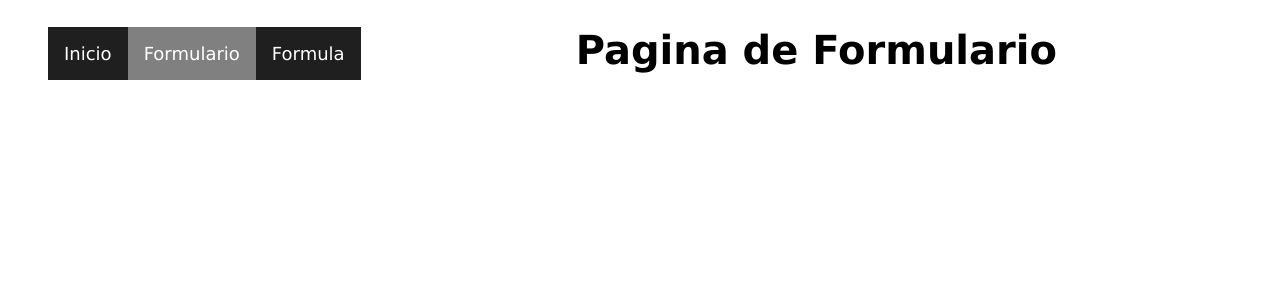
Repository: misterySnow94/tutoriales
Page: pagina basica/formulario.html
These files come from the project's save history. The page is drawn as it stood at one moment and after the next save; the edit follows.
The browser window is 1280 px wide. The pictures show the whole page.

Above is the page before, as saved 2019-11-03 23:46:38.

After the next save:
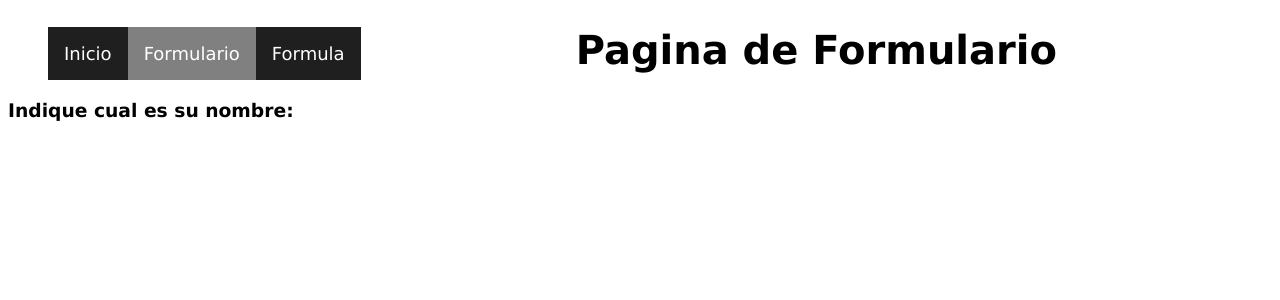
Saved 6 s later.
--- a/pagina basica/formulario.html
+++ b/pagina basica/formulario.html
@@ -21,7 +21,7 @@
 
         <form action="">
             <label for="">
-                <h3></h3>
+                <h3>Indique cual es su nombre:</h3>
             </label>
         </form>
     </div>
